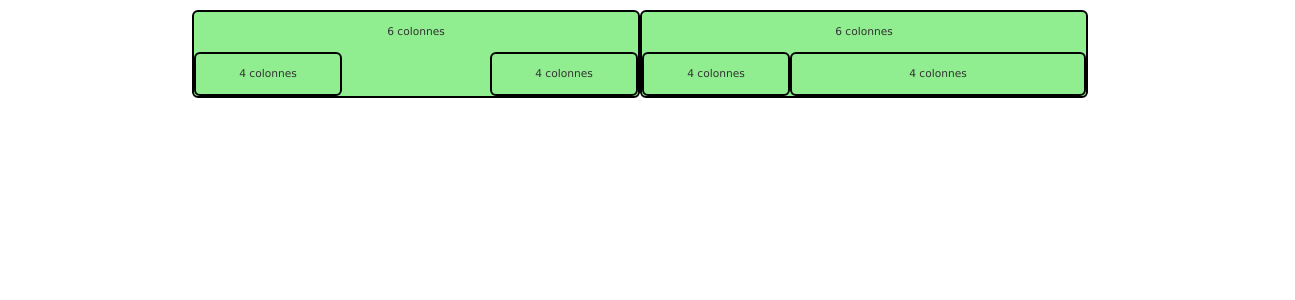
Repository: dridrii/COMPET-BLOC
Page: http://localhost/COMPET-BLOC/
The author's editor kept a copy of each file at every save. The page is drawn from the files as they stood at one save, then again after the next save.
The browser window is 1280 px wide. The page is 1280 px wide, then 1295 px, then 1280 px, so the pictures cover 1295 px, including what lies to the right of the window. The pictures show the whole page.
The page is served by Tomcat 9. Other server files are loaded and not shown.

Above is the page before, as saved 2015-07-11 16:30:46.

### COMPET-BLOC/WebContent/index.jsp
<!DOCTYPE html>
<html>
 <head>
    <link href="boostrap/dist/css/bootstrap.css" rel="stylesheet">
    <link href="inc/css/tuto.css" rel="stylesheet">
  </head>
  <body>
    <div class="container">
 		 <div class="row">
   			 <div class="col-md-6"> 6 colonnes
   			 	<div class="row">
	    			<div class="col-md-4"> 4 colonnes</div>
	    			<div class="col-md-4 col-lg-offset-4"> 4 colonnes</div>
	    		</div>
    		</div>
    		<div class="col-md-6"> 6 colonnes
   			 	<div class="row">
	    			<div class="col-md-4"> 4 colonnes</div>
	    			<div class="col-md-8"> 4 colonnes</div>
	    		</div>
    		</div>
    	</div>
	</div>
  </body>
</html>

### COMPET-BLOC/WebContent/inc/css/tuto.css
.container {
	padding-right: 15px;
  	padding-left: 15px;
 	margin-right: auto;
  	margin-left: auto;
}

.row {
  margin-right: -15px;
  margin-left: -15px;
}


.navbar-default {
	background-color: #bfbfbf;
	border-color: #bfbfbf ;
}


.text{
	color: #333333;

}

.img-logo {
	height : 250px;
	width : auto;
}

/* Général ------------------------------------------------------------------------------------- */

body, p, legend, label, input {
    font: normal 8pt verdana, helvetica, sans-serif;
}

fieldset {
    padding: 10px;
    border: 1px #0568CD solid;
}

legend {
    font-weight: bold;
    color: #0568CD;
}

/* Forms --------------------------------------------------------------------------------------- */

form label {
    float: left;
    width: 200px;
    margin: 3px 0px 0px 0px;
}

form input {
    margin: 3px 3px 0px 0px;
    border: 1px #999 solid;
}

form input.sansLabel {
    margin-left: 200px;
}

form .requis {
    color: #c00;
}

body {
  padding-top: 10px;
}
[class*="col-"], footer {
  background-color: lightgreen;
  border: 2px solid black;
  border-radius: 6px;
  line-height: 40px;
  text-align: center;
}

@media (min-width: 768px) {
  .container {
    width: 70%;
  }
}
@media (min-width: 992px) {
  .container {
    width: 70%;
  }
}
@media (min-width: 1200px) {
  .container {
    width: 70%;
  }
}

Loaded but not shown: COMPET-BLOC/WebContent/WEB-INF/taglibs.jsp (common file); COMPET-BLOC/WebContent/boostrap/dist/css/bootstrap.css (library)

After the next save:
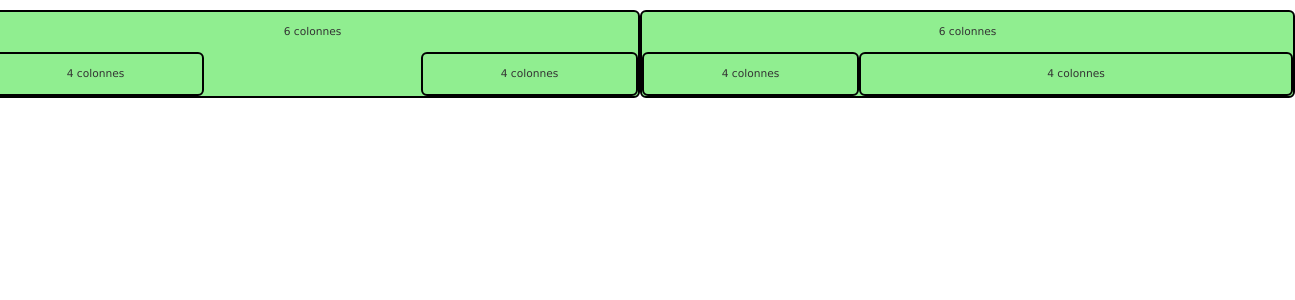
Saved 68 s later.
--- a/COMPET-BLOC/WebContent/index.jsp
+++ b/COMPET-BLOC/WebContent/index.jsp
@@ -5,7 +5,7 @@
     <link href="inc/css/tuto.css" rel="stylesheet">
   </head>
   <body>
-    <div class="container">
+    <div class="">
  		 <div class="row">
    			 <div class="col-md-6"> 6 colonnes
    			 	<div class="row">

After the save that followed:
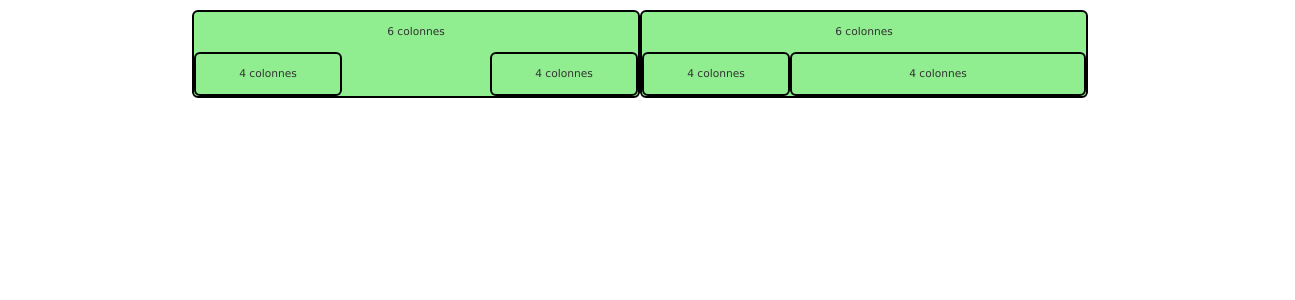
Saved 9 s later.
--- a/COMPET-BLOC/WebContent/index.jsp
+++ b/COMPET-BLOC/WebContent/index.jsp
@@ -5,7 +5,7 @@
     <link href="inc/css/tuto.css" rel="stylesheet">
   </head>
   <body>
-    <div class="">
+    <div class="container">
  		 <div class="row">
    			 <div class="col-md-6"> 6 colonnes
    			 	<div class="row">
